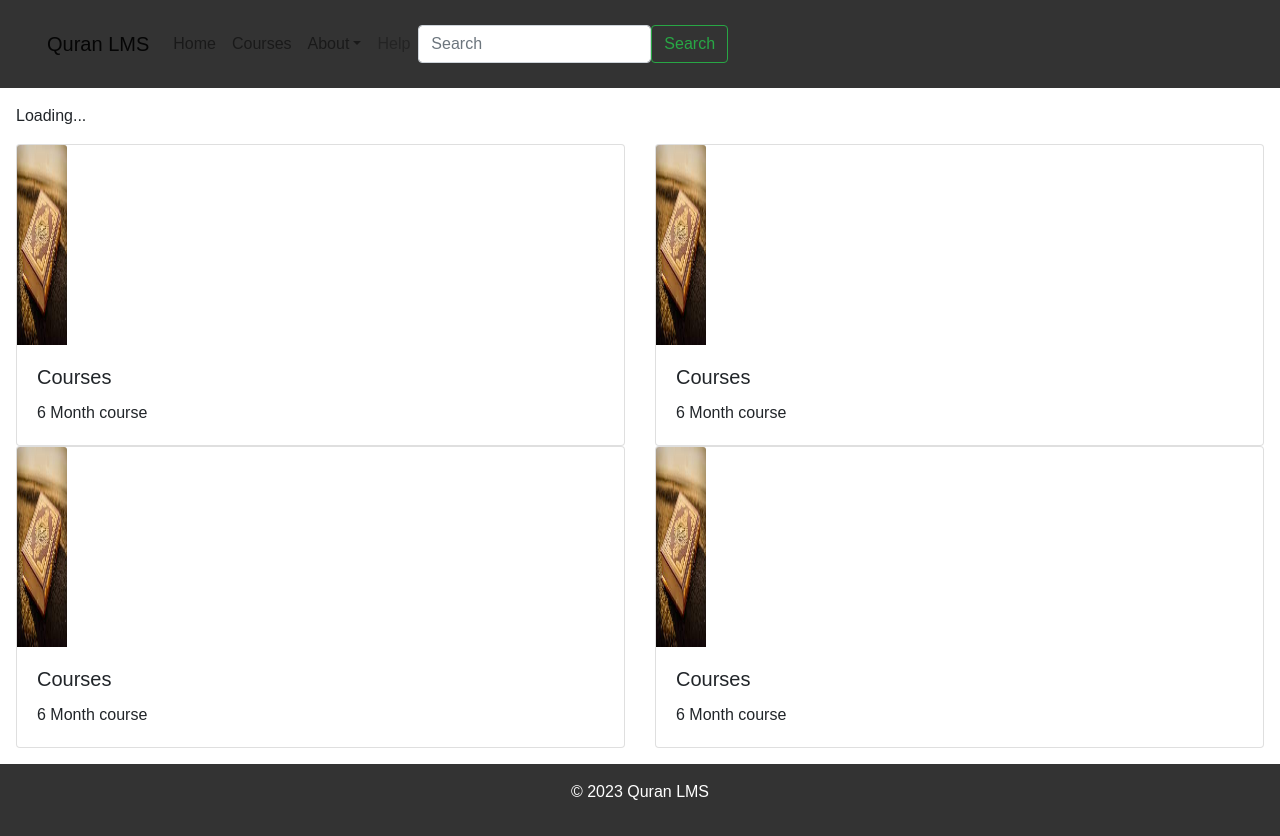
Repository: talha-mahmood/Quran-Lms-react
Page: /
An editor plug-in stored every save of this project. The page is shown before and after the next save, followed by the edit.
The browser window is 1280 px wide. The pictures show the whole page.
The page's requests for data from a server got no answer. The project was rebuilt for these pictures with package versions that can differ from the ones it lists, and the page was loaded fresh each time. No one was signed in, and anything a server would have sent is missing.

Above is the page before, as saved 2023-03-08 01:57:34.

### public/index.html
<!DOCTYPE html>
<html lang="en">
  <head>
    <meta charset="utf-8" />
    <link rel="icon" href="%PUBLIC_URL%/favicon.ico" />
    <meta name="viewport" content="width=device-width, initial-scale=1" />
    <meta name="theme-color" content="#000000" />
    <meta
      name="description"
      content="Web site created using create-react-app"
    />

    <link rel="apple-touch-icon" href="%PUBLIC_URL%/logo192.png" />
    <link rel="stylesheet" href="https://cdn.jsdelivr.net/npm/bootstrap@4.4.1/dist/css/bootstrap.min.css" integrity="sha384-Vkoo8x4CGsO3+Hhxv8T/Q5PaXtkKtu6ug5TOeNV6gBiFeWPGFN9MuhOf23Q9Ifjh" crossorigin="anonymous">
    <script src="https://code.jquery.com/jquery-3.4.1.slim.min.js" integrity="sha384-J6qa4849blE2+poT4WnyKhv5vZF5SrPo0iEjwBvKU7imGFAV0wwj1yYfoRSJoZ+n" crossorigin="anonymous"></script>
   <script src="https://cdn.jsdelivr.net/npm/popper.js@1.16.0/dist/umd/popper.min.js" integrity="sha384-Q6E9RHvbIyZFJoft+2mJbHaEWldlvI9IOYy5n3zV9zzTtmI3UksdQRVvoxMfooAo" crossorigin="anonymous"></script>
   <script src="https://cdn.jsdelivr.net/npm/bootstrap@4.4.1/dist/js/bootstrap.min.js" integrity="sha384-wfSDF2E50Y2D1uUdj0O3uMBJnjuUD4Ih7YwaYd1iqfktj0Uod8GCExl3Og8ifwB6" crossorigin="anonymous"></script>
    <!--
      manifest.json provides metadata used when your web app is installed on a
      user's mobile device or desktop. See https://developers.google.com/web/fundamentals/web-app-manifest/
    -->
    <link rel="manifest" href="%PUBLIC_URL%/manifest.json" />
    <!--
      Notice the use of %PUBLIC_URL% in the tags above.
      It will be replaced with the URL of the `public` folder during the build.
      Only files inside the `public` folder can be referenced from the HTML.

      Unlike "/favicon.ico" or "favicon.ico", "%PUBLIC_URL%/favicon.ico" will
      work correctly both with client-side routing and a non-root public URL.
      Learn how to configure a non-root public URL by running `npm run build`.
    -->
    <title>React App</title>
  </head>
  <body>
    <noscript>You need to enable JavaScript to run this app.</noscript>
    <div id="root"></div>

    <!--
      This HTML file is a template.
      If you open it directly in the browser, you will see an empty page.

      You can add webfonts, meta tags, or analytics to this file.
      The build step will place the bundled scripts into the <body> tag.

      To begin the development, run `npm start` or `yarn start`.
      To create a production bundle, use `npm run build` or `yarn build`.
    -->
  </body>
</html>

### src/App.js
import './App.css';
import React,{Component} from 'react';
import Button from 'react-bootstrap/Button';
import Container from 'react-bootstrap/Container';
import Form from 'react-bootstrap/Form';
import Nav from 'react-bootstrap/Nav';
import Navbar from 'react-bootstrap/Navbar';
import NavDropdown from 'react-bootstrap/NavDropdown';
import Card from 'react-bootstrap/Card';
import Col from 'react-bootstrap/Col';
import Row from 'react-bootstrap/Row';
import myimg from './download.jpeg'
class QuranLMS extends Component {
  state = {
    verses: [],
    isLoading: true
  };

  async componentDidMount() {
    const response = await fetch("https://api.quran.com/api/v4/quran/verses/uthmani?chapter_number=1");
    const data = await response.json();
    this.setState({
      verses: data.verses,
      isLoading: false
    });
  }

  render() {
    const { verses, isLoading } = this.state;
    return (
      <div>


          <div>
          <header>
          <Navbar bg="" expand="lg" >
      <Container fluid>
        <Navbar.Brand href="#" >Quran LMS</Navbar.Brand>
        <Navbar.Toggle aria-controls="navbarScroll" />
        <Navbar.Collapse id="navbarScroll">
          <Nav
            className="me-auto my-2 my-lg-0"
            style={{ maxHeight: '100px' }}
            navbarScroll
          >
            <Nav.Link href="#action1">Home</Nav.Link>
            <Nav.Link href="#action2">Courses</Nav.Link>
            <NavDropdown title="About" id="navbarScrollingDropdown">
              <NavDropdown.Item href="#action3">Register</NavDropdown.Item>
              <NavDropdown.Item href="#action4">
                Another action
              </NavDropdown.Item>
              <NavDropdown.Divider />
              <NavDropdown.Item href="#action5">
                Something else here
              </NavDropdown.Item>
            </NavDropdown>
            <Nav.Link href="#" disabled>
              Help
            </Nav.Link>
          </Nav>
          <Form className="d-flex">
            <Form.Control
              type="search"
              placeholder="Search"
              className="me-2"
              aria-label="Search"
            />
            <Button variant="outline-success">Search</Button>
          </Form>
        </Navbar.Collapse>
      </Container>
    </Navbar>
    </header>
          </div>



        <main>
          {isLoading ? (
            <p>Loading...</p>
          ) : (
            verses.map((verse) => (
              <p key={verse.id}>{verse.text_uthmani}</p>
            ))
          )}
          <div>
          <Row xs={1} md={2} className="g-4">
      {Array.from({ length: 4 }).map((_, idx) => (
        <Col>
          <Card>
            <Card.Img variant="top" src={myimg} />

            <Card.Body>
              <Card.Title>Courses</Card.Title>
              <Card.Text>
                6 Month course
              </Card.Text>
            </Card.Body>
          </Card>
        </Col>
      ))}
    </Row>
          </div>

        </main>
        <footer>
          <p>&copy; 2023 Quran LMS</p>
        </footer>
      </div>
    );
  }
}

export default QuranLMS;

### src/App.css
body {
  font-family: Arial, sans-serif;
  margin: 0;
}

header {
  background-color: #333;
  color: #fff;
  padding: 1em;
}

header h1 {
  margin: 0;
}

main {
  padding: 1em;
}

footer {
  background-color: #333;
  color: #fff;
  padding: 1em;
  text-align: center;
}
img{
  height:200px;
  max-width:50px;
}

Loaded but not shown: src/index.js (common file); src/index.css (common file); src/reportWebVitals.js (common file)

After the next save:
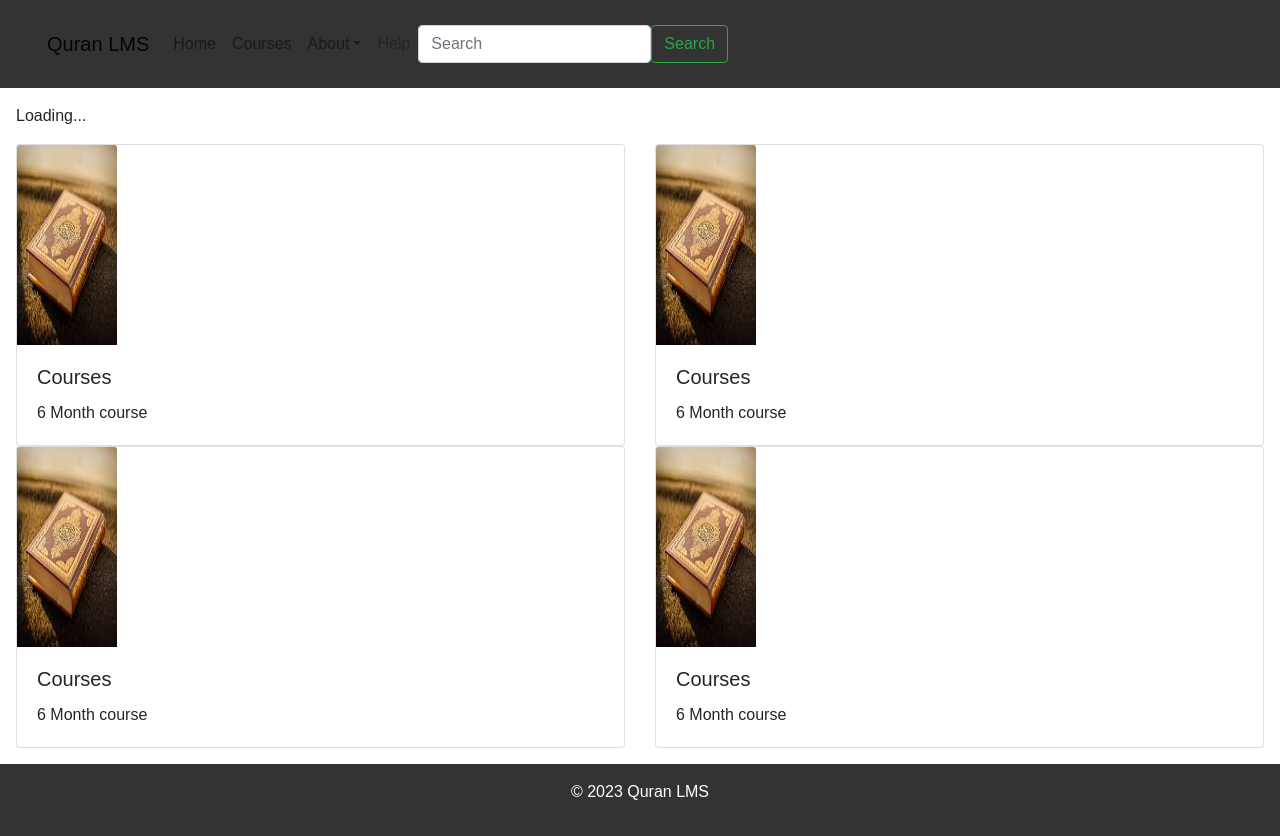
Saved 10 s later.
--- a/src/App.css
+++ b/src/App.css
@@ -25,5 +25,5 @@ footer {
 }
 img{
   height:200px;
-  max-width:50px;
+  max-width:100px;
 }
